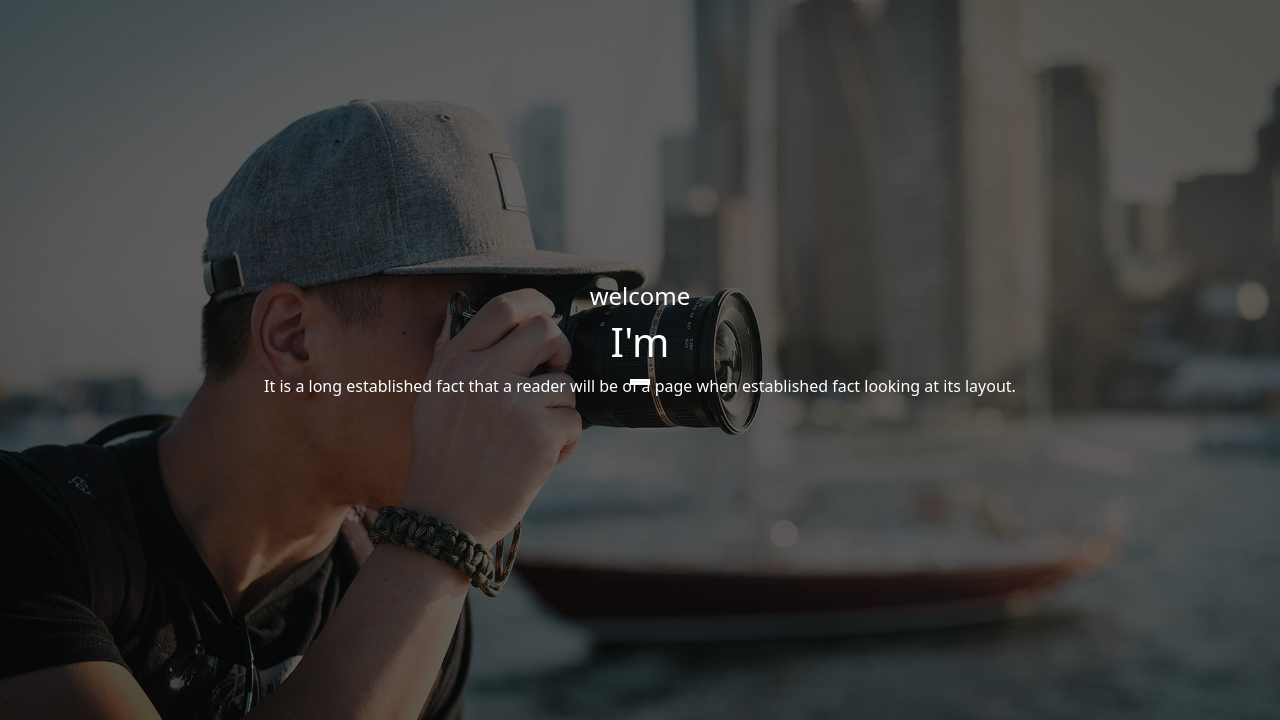
Repository: khaledradwan96/Kerri
Page: index.html
An editor plug-in stored every save of this project. The page is shown before and after a run of saves, followed by the edit.
The browser window is 1280 px wide. The pictures show the whole page.

Above is the page before, as saved 2024-05-06 20:18:22.

### index.html
<!DOCTYPE html>
<html lang="en">

<head>
    <meta charset="UTF-8">
    <meta name="viewport" content="width=device-width, initial-scale=1.0">

    <link rel="stylesheet" href="css/all.min.css">
    <link rel="stylesheet" href="css/bootstrap.min.css">
    <link rel="stylesheet" href="css/style.css">

    <title>Kerri</title>
</head>

<body>

    <nav class="navbar navbar-expand-lg position-fixed top-0">
        <div class="container-fluid">
            <a class="navbar-brand" href="#">Kerri</a>
            <button class="navbar-toggler" type="button" data-bs-toggle="collapse"
                data-bs-target="#navbarSupportedContent" aria-controls="navbarSupportedContent" aria-expanded="false"
                aria-label="Toggle navigation">
                <span class="navbar-toggler-icon"></span>
            </button>
            <div class="collapse navbar-collapse" id="navbarSupportedContent">
                <ul class="navbar-nav ms-auto mb-2 mb-lg-0">
                    <li class="nav-item">
                        <a class="nav-link active" aria-current="page" href="#">Home</a>
                    </li>
                    <li class="nav-item">
                        <a class="nav-link" href="#">Link</a>
                    </li>
                    <li class="nav-item">
                        <a class="nav-link" href="#">About</a>
                    </li>
                    <li class="nav-item">
                        <a class="nav-link" href="#">Services</a>
                    </li>
                    <li class="nav-item">
                        <a class="nav-link" href="#">Client</a>
                    </li>
                    <li class="nav-item">
                        <a class="nav-link" href="#">Portfolio</a>
                    </li>
                    <li class="nav-item">
                        <a class="nav-link" href="#">Blog</a>
                    </li>
                    <li class="nav-item">
                        <a class="nav-link" href="#">Contact</a>
                    </li>
                    </li>
                </ul>
            </div>
    </nav>

    <header class="position-relative vh-100 text-white d-flex align-items-center text-center">

        <div class="container">
            <h4>welcome</h4>
            <h1>
                I'm
                <span></span>
            </h1>

            <p>
                It is a long established fact that a reader will be of a page when established fact looking at its
                layout.
            </p>

            <button class="scroll-btn"></button>
        </div>

    </header>




    <script src="js/bootstrap.bundle.min.js"></script>
</body>

</html>

### css/style.css
:root {
  --main-color: #e65f78;
}

header {
  background-image: linear-gradient(rgba(0, 0, 0, 0.6), rgba(0, 0, 0, 0.6)),
    url(../images/asset\ 15.jpeg);
  background-position: center;
  background-size: cover;
}

.scroll-btn {
  width: 20px;
  height: 35ps;
  border: solid 2px #fff;
  transform: translateY(-50px);
}

.scroll-btn::after {
  content: "";
  background-color: #fff;
  display: block;
  width: 2px;
  position: absolute;
  height: 20%;
}

Loaded but not shown: css/all.min.css (library); css/bootstrap.min.css (library); js/bootstrap.bundle.min.js (library)

After the next 2 saves:
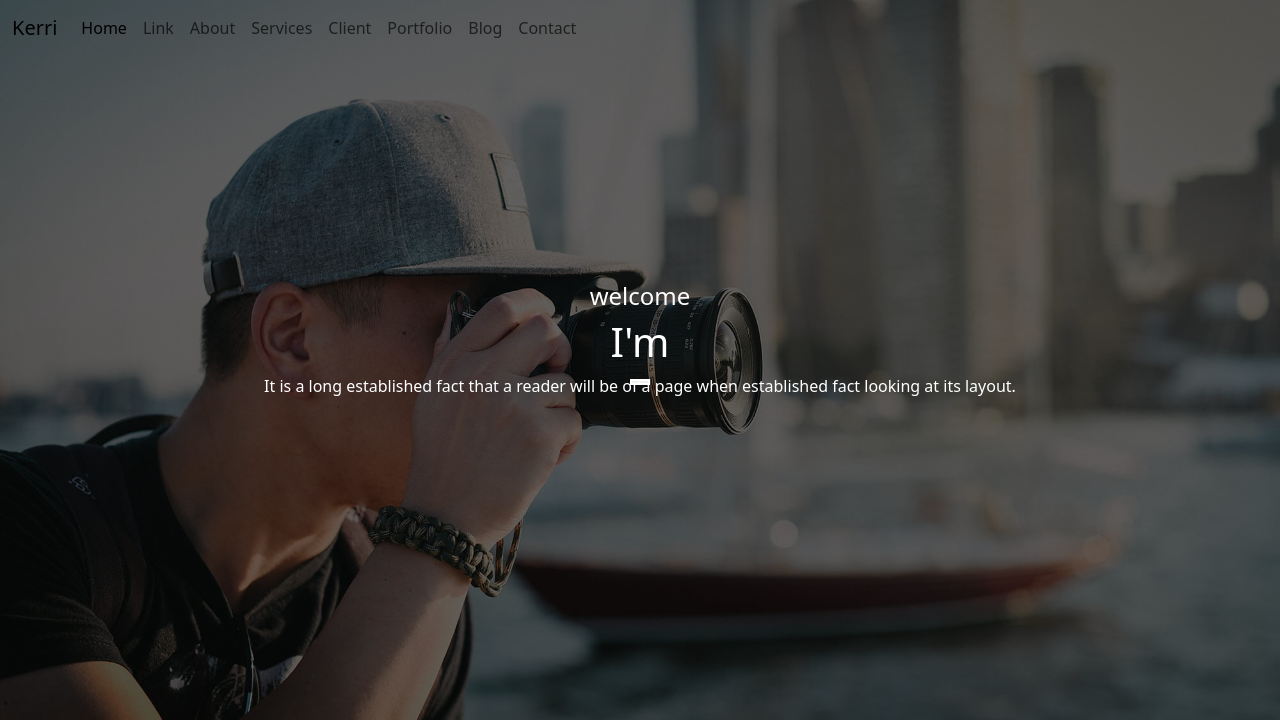
The 2 saves are shown as one change because they came seconds apart.
The last was saved 6 s later.
--- a/index.html
+++ b/index.html
@@ -14,7 +14,7 @@
 
 <body>
 
-    <nav class="navbar navbar-expand-lg position-fixed top-0">
+    <nav class="navbar navbar-expand-lg position-fixed top-0 z-1">
         <div class="container-fluid">
             <a class="navbar-brand" href="#">Kerri</a>
             <button class="navbar-toggler" type="button" data-bs-toggle="collapse"
